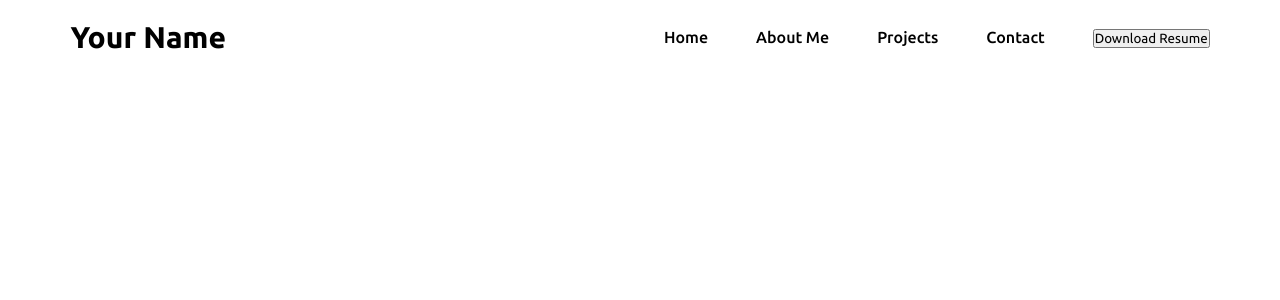
Repository: DevAntonioRogers/vanilla-portfolio
Page: index.html
The author's editor kept a copy of each file at every save. The page is drawn from the files as they stood at one save, then again after the next save.
The browser window is 1280 px wide. The pictures show the whole page.

Above is the page before, as saved 2023-07-14 16:08:45.

After the next save:
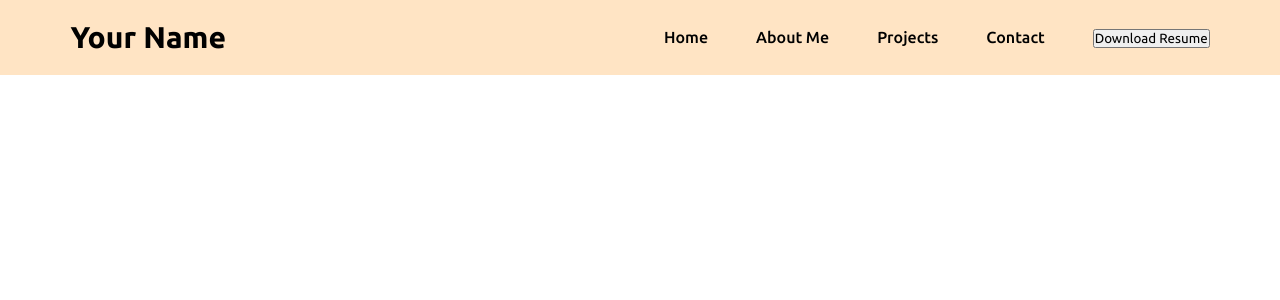
Saved 27 s later.
--- a/style.css
+++ b/style.css
@@ -23,7 +23,7 @@ li {
 }
 
 nav {
-  background: ;
+  background: #ffe4c4;
   padding: 20px 0;
 }
 
